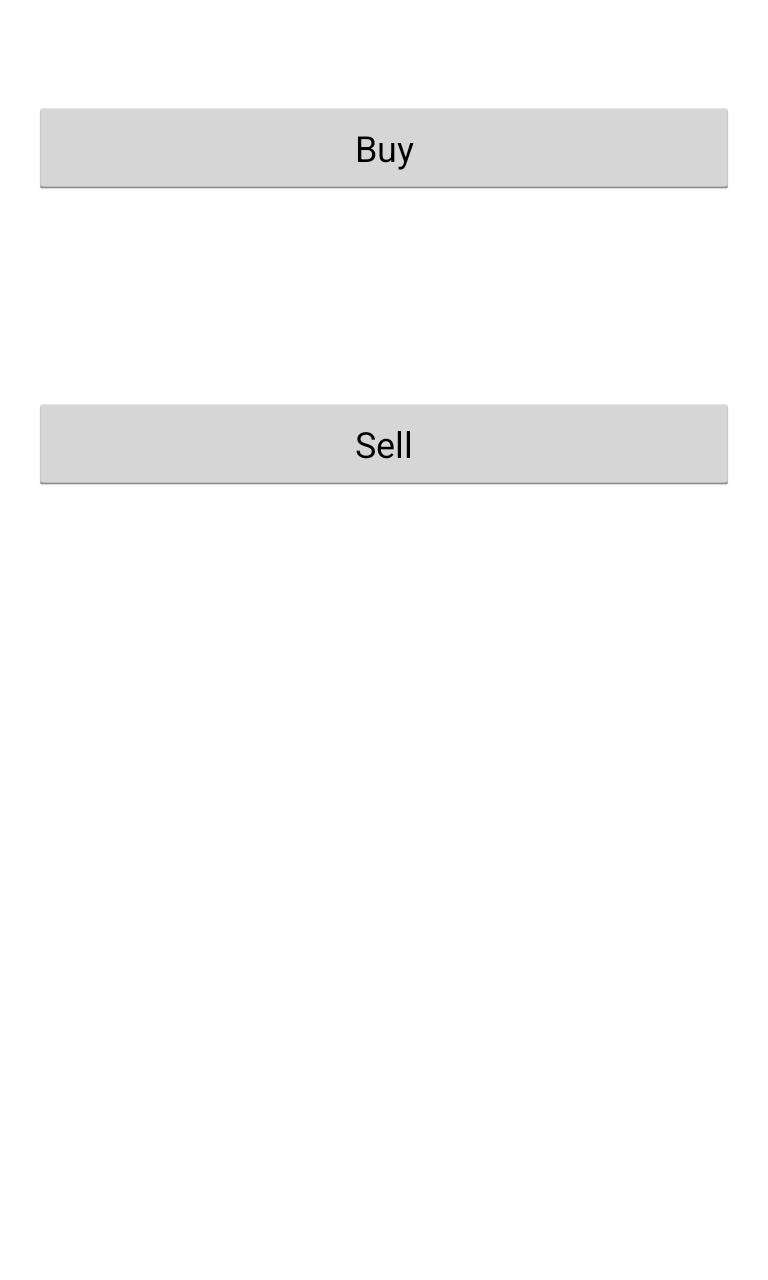
Repository: jxrlee/Swap
Layout: Swap/res/layout/activity_home.xml
The author's editor kept a copy of each file at every save. The layout is drawn from the files as they stood at one save, then again after the next save.
It is drawn on a 768 x 1280 px phone screen (xhdpi) without system bars, with theme AppTheme; the app's code is not run.

Above is the layout before, as saved 2013-01-25 06:11:19.

### Swap/res/layout/activity_home.xml
<LinearLayout xmlns:android="http://schemas.android.com/apk/res/android"
    xmlns:tools="http://schemas.android.com/tools"
    android:layout_width="match_parent"
    android:layout_height="match_parent"
    android:paddingLeft="16dp"
    android:paddingRight="16dp"
    android:orientation="vertical"
    tools:context=".HomeActivity" >

    <Button
        android:layout_width="fill_parent"
        android:layout_height="wrap_content"
        android:layout_marginTop="50dp"
        android:layout_marginBottom="50dp"
        android:text="@string/button_buy"
        android:onClick="buyButtonTap" />

    <Button
        android:layout_width="fill_parent"
        android:layout_height="wrap_content"
        android:layout_marginTop="50dp"
        android:layout_marginBottom="50dp"
        android:text="@string/button_sell"
        android:onClick="sellButtonTap" />

</LinearLayout>

### Swap/res/drawable/selectable_item_background_stylingactionbar.xml
<?xml version="1.0" encoding="utf-8"?>
<selector xmlns:android="http://schemas.android.com/apk/res/android">
    <item android:state_pressed="false"
        android:state_focused="true"
        android:drawable="@drawable/list_focused_swap" />
    <item android:state_pressed="true"
        android:drawable="@drawable/pressed_background_stylingactionbar" />
    <item android:drawable="@android:color/transparent" />
</selector>

### Swap/res/drawable/pressed_background_stylingactionbar.xml
<?xml version="1.0" encoding="utf-8"?>
<shape xmlns:android="http://schemas.android.com/apk/res/android"
    android:shape="rectangle">
    <solid android:color="@color/swapred4" />
</shape>

### Swap/res/values/colors.xml
<?xml version="1.0" encoding="utf-8"?>
<resources>
    <color name="red">#CC0000</color>
    <color name="swapred">#94493D</color>
    <color name="swapred2">#b35749</color>
    <color name="swapred3">#1094493D</color>
    <color name="swapred4">#6694493D</color>
    <color name="yellow">#EBE54D</color>
    <color name="green">#36780f</color>
    <color name="lightgray">#CCCCCC</color>
    <color name="tlightgray">#DDDDDD</color>
    <color name="gray">#888888</color>
    <color name="black">#444444</color>
    <color name="white">#FFFFFF</color>

</resources>

### Swap/res/drawable/selectable_background_stylingactionbar.xml
<?xml version="1.0" encoding="utf-8"?>
<selector xmlns:android="http://schemas.android.com/apk/res/android"
    android:exitFadeDuration="@android:integer/config_mediumAnimTime" >

	<!--
	<item android:state_pressed="false"
		android:state_focused="true"
		android:drawable="@drawable/list_focused_stylingactionbar" />
	<item android:state_pressed="true"
		android:drawable="@drawable/pressed_background_stylingactionbar" />
	<item name="android:selectableItemBackground">@android:color/transparent</item>
	-->

	<item android:state_pressed="false"
		android:state_focused="true"
		android:drawable="@drawable/list_focused_swap" />
	<item android:state_pressed="true"
		android:drawable="@drawable/pressed_background_stylingactionbar" />
	<item android:drawable="@android:color/transparent" />

</selector>

### Swap/res/drawable/tab_indicator_ab_stylingactionbar.xml
<?xml version="1.0" encoding="utf-8"?>
<!-- File created by the Android Action Bar Style Generator

     Copyright (C) 2012 readyState Software Ltd

     Licensed under the Apache License, Version 2.0 (the "License");
     you may not use this file except in compliance with the License.
     You may obtain a copy of the License at

          http://www.apache.org/licenses/LICENSE-2.0

     Unless required by applicable law or agreed to in writing, software
     distributed under the License is distributed on an "AS IS" BASIS,
     WITHOUT WARRANTIES OR CONDITIONS OF ANY KIND, either express or implied.
     See the License for the specific language governing permissions and
     limitations under the License.
-->

<selector xmlns:android="http://schemas.android.com/apk/res/android">
    <!-- Non focused states -->
    <item android:state_focused="false" android:state_selected="false" android:state_pressed="false" android:drawable="@android:color/transparent" />
    <item android:state_focused="false" android:state_selected="true"  android:state_pressed="false" android:drawable="@drawable/tab_selected_swap" />

    <!-- Focused states -->
    <item android:state_focused="true" android:state_selected="false" android:state_pressed="false" android:drawable="@drawable/tab_unselected_focused_swap" />
    <item android:state_focused="true" android:state_selected="true"  android:state_pressed="false" android:drawable="@drawable/tab_selected_focused_swap" />

    <!-- Pressed -->
    <!--    Non focused states -->
    <item android:state_focused="false" android:state_selected="false" android:state_pressed="true" android:drawable="@drawable/tab_unselected_pressed_swap" />
    <item android:state_focused="false" android:state_selected="true"  android:state_pressed="true" android:drawable="@drawable/tab_selected_pressed_swap" />

    <!--    Focused states -->
    <item android:state_focused="true" android:state_selected="false" android:state_pressed="true" android:drawable="@drawable/tab_unselected_pressed_swap" />
    <item android:state_focused="true" android:state_selected="true"  android:state_pressed="true" android:drawable="@drawable/tab_selected_pressed_swap" />
</selector>

### Swap/res/values/strings.xml
<?xml version="1.0" encoding="utf-8"?>
<resources>

    <!-- Home -->
    <string name="app_name">Swap</string>
    <string name="menu_settings">Settings</string>
    <string name="button_buy">Buy</string>
    <string name="button_sell">Sell</string>

    <!-- Buy -->
    <string name="title_section3">Premium</string>
    <string name="title_section2">Price</string>
    <string name="title_section1">Recent</string>
    <string name="title_activity_buy">Buy</string>
    <string name="buy_search">Search Swap</string>

    <!-- Item -->
    <string name="title_activity_item_detail">Item</string>

</resources>

Loaded but not shown: Swap/res/values/styles.xml (common file); Swap/res/values-v11/styles.xml (common file); Swap/res/values-v14/styles.xml (common file)

After the next save:
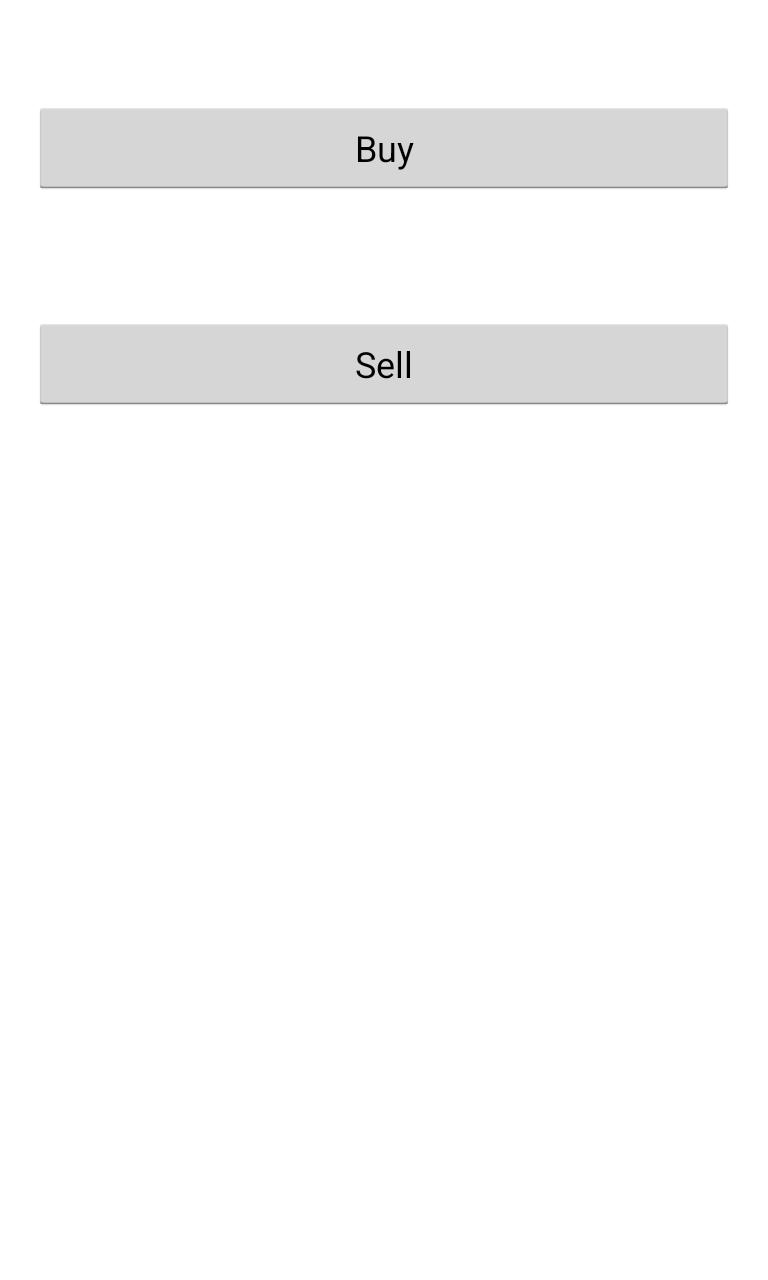
Saved 14 h 51 min later.
--- a/Swap/res/layout/activity_home.xml
+++ b/Swap/res/layout/activity_home.xml
@@ -11,7 +11,7 @@
         android:layout_width="fill_parent"
         android:layout_height="wrap_content"
         android:layout_marginTop="50dp"
-        android:layout_marginBottom="50dp"
+        android:layout_marginBottom="10dp"
         android:text="@string/button_buy"
         android:onClick="buyButtonTap" />
 
